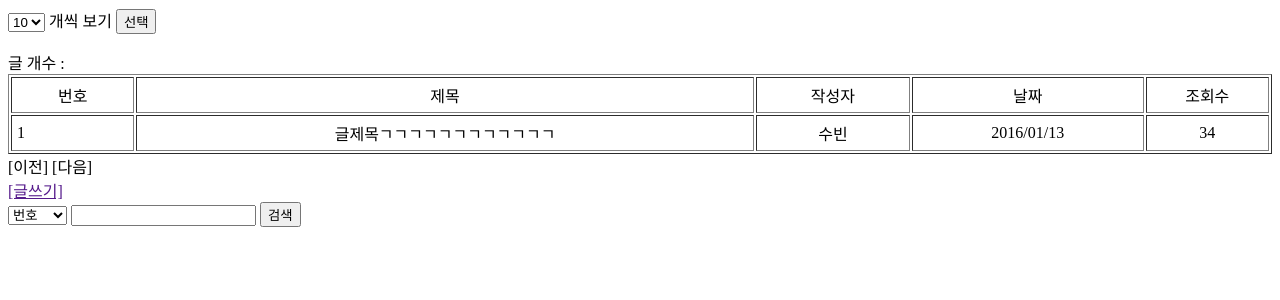
Repository: ekgus419/hckj
Page: http://localhost/Railro/WEB-INF/views/index.jsp
An editor plug-in stored every save of this project. The page is shown before and after the next save, followed by the edit.
The browser window is 1280 px wide. The pictures show the whole page.
The page is served by Tomcat 9. Nobody is signed in. Other server files are loaded and not shown. The template is opened directly, without the code that normally fills it, so the values that code supplies are empty.

Above is the page before, as saved 2016-08-18 07:21:08.

### Railro/src/main/webapp/WEB-INF/views/index.jsp
<%@ page language="java" pageEncoding="UTF-8" trimDirectiveWhitespaces="true"%>

<div class="content">
	<div class="setting">
		<div class="limit_setting">
		<form action="" method="get">
			<select name="limit">
				<option value="5">5</option>
				<option value="10" selected="selected">10</option>
				<option value="15">15</option>
				<option value="20">20</option>
			</select>
			개씩 보기
			<input class="submit" type="submit" value="선택"/>
		</form>
		</div>
		<span>글 개수 :</span>
	</div>
	<table class="list" width="100%" cellpadding="5" cellspacing="2" border="1" align="center">
		<tr class="list_col" align="center" valign="middle">
			<td width="8%">
				<div align="center">번호</div>
			</td>
			<td width="40%">
				<div align="center">제목</div>
			</td>
			<td width="10%">
				<div align="center">작성자</div>
			</td>
			<td width="15%">
				<div align="center">날짜</div>
			</td>
			<td width="8%">
				<div align="center">조회수</div>
			</td>
		</tr>
		<tr class="list_contents" align="center" valign="middle"
			onmouseover="this.style.backgroundColor='#E8E8E8'"
			onmouseout="this.style.backgroundColor=''">
			<td>
				<div align="left">1</div>
			</td>
			<td>
				<div align="center">글제목ㄱㄱㄱㄱㄱㄱㄱㄱㄱㄱㄱㄱ</div>
			</td>
			<td>
				<div align="center">수빈</div>
			</td>
			<td>
				<div align="center">2016/01/13</div>
			</td>
			<td>
				<div align="center">34</div>
			</td>
		</tr>
	</table>
	<div class="paging">
	[이전]&nbsp;[다음]
	</div>
	<div class="register_btn">
		<a href="">[글쓰기]</a>
	</div>
	<div class="search">
		<form action="" method="get">
			<select name="keyField">
				<option value="BOARD_NUM">번호</option>
				<option value="BOARD_ID">작성자</option>
				<option value="BOARD_SUBJECT">제목</option>
			</select>
			<input type="text" name="keyWord"/>
			<input class="submit" type="submit" value="검색"/>
		</form>
	</div>
</div>

After the next save:
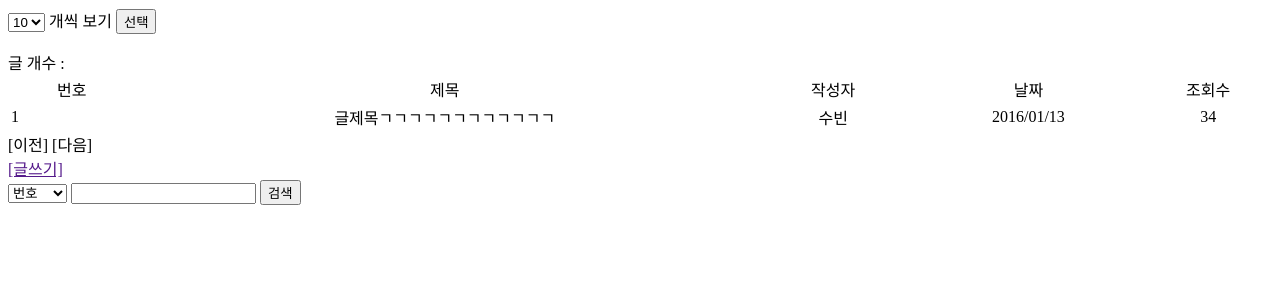
Saved 104 s later.
--- a/Railro/src/main/webapp/WEB-INF/views/index.jsp
+++ b/Railro/src/main/webapp/WEB-INF/views/index.jsp
@@ -16,7 +16,7 @@
 		</div>
 		<span>글 개수 :</span>
 	</div>
-	<table class="list" width="100%" cellpadding="5" cellspacing="2" border="1" align="center">
+	<table class="list" width="100%">
 		<tr class="list_col" align="center" valign="middle">
 			<td width="8%">
 				<div align="center">번호</div>
